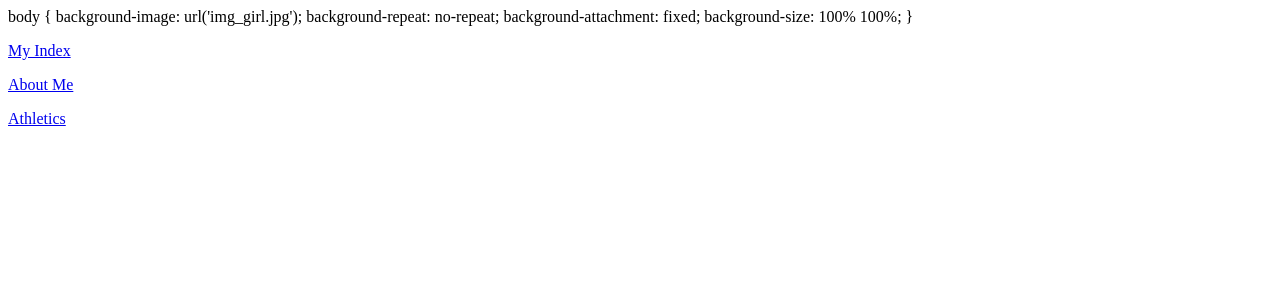
Repository: jacobsirois/jacobsirois.github.io
Page: engineering.html
The author's editor kept a record of every edit. The page is drawn from the files as they stood at one moment, then again after the next edit.
The browser window is 1280 px wide. The pictures show the whole page.

Above is the page before.

After the next edit:
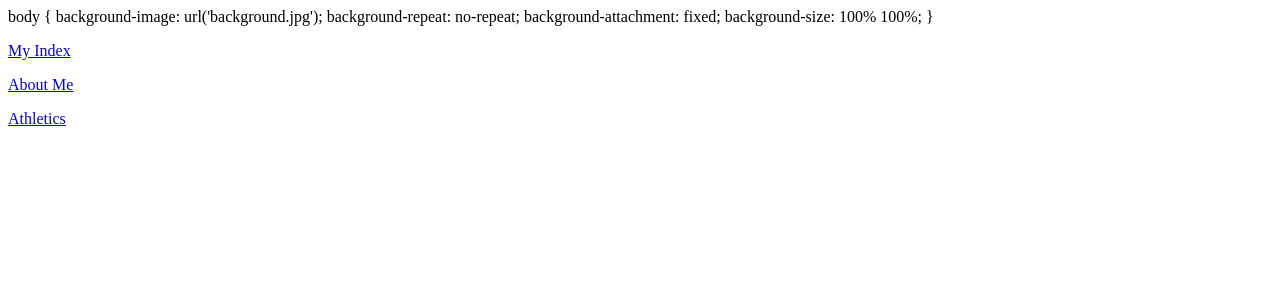
The edit:
--- a/engineering.html
+++ b/engineering.html
@@ -5,7 +5,7 @@
 <body>
 
 body {
-  background-image: url('img_girl.jpg');
+  background-image: url('background.jpg');
   background-repeat: no-repeat;
   background-attachment: fixed;
   background-size: 100% 100%;
